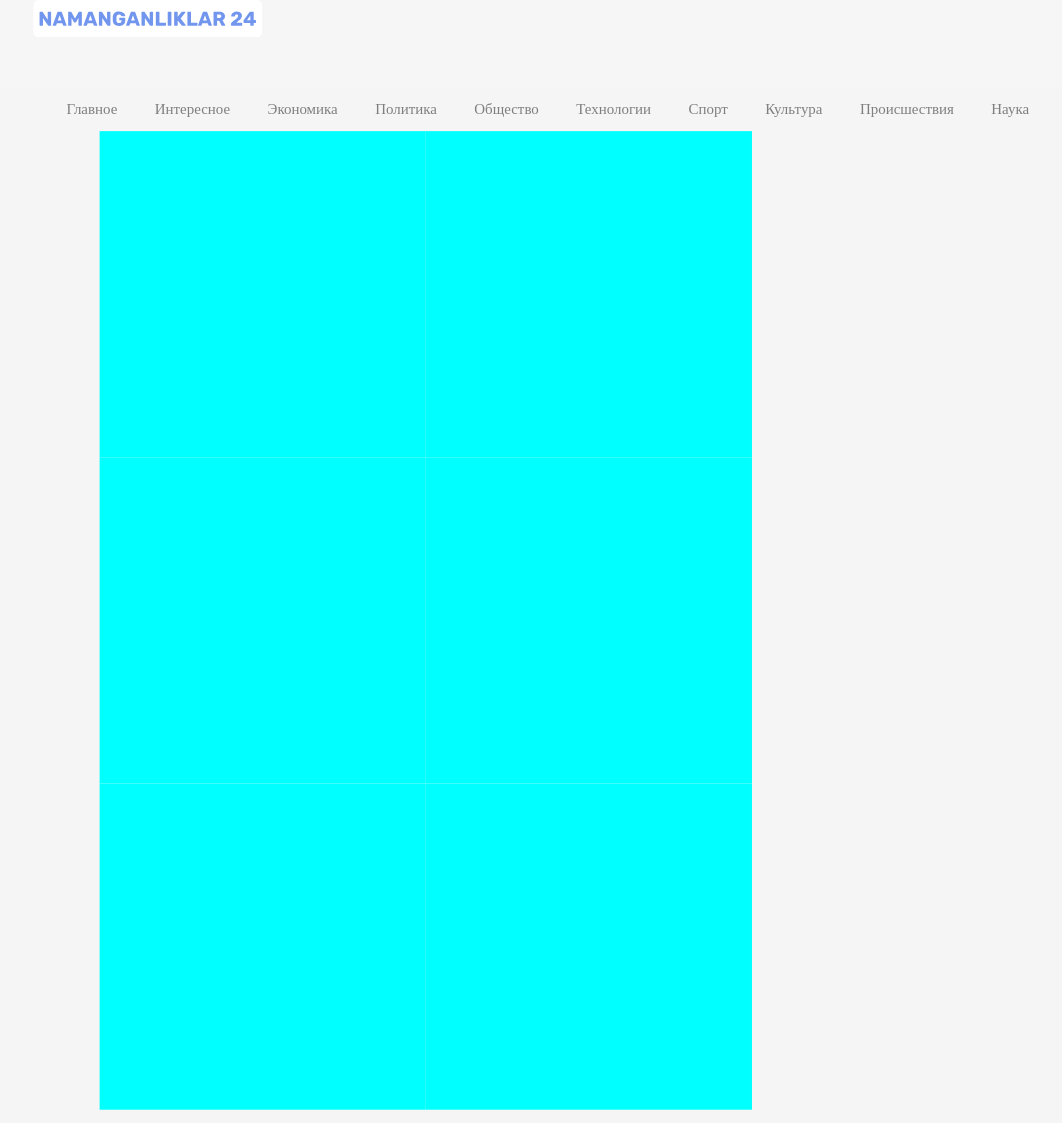
Repository: UlugbekAbdurasulov/projekt
Page: index.html
An editor plug-in stored every save of this project. The page is shown before and after a run of saves, followed by the edit.
The browser window is 1280 px wide. The pictures show the whole page, at 83% of full size.

Above is the page before, as saved 2023-05-29 16:19:03.

### index.html
<!DOCTYPE html>
<html lang="ru">
  <head>
    <meta charset="UTF-8" />
    <meta http-equiv="X-UA-Compatible" content="IE=edge" />
    <meta name="viewport" content="width=device-width, initial-scale=1.0" />
    <title>Document</title>
  </head>
  <link rel="stylesheet" href="./css/main.css" />
  <body>
    <header class="navbar">
      <div class="container">
        <div>
          <img src="./images/logo.svg" alt="" />
          <ul>
            <li></li>
          </ul>
        </div>
      </div>
    </header>

    <h1 class="visually-hidden">Namanganliklar haqida yangliklar</h1>
    <div class="container">
      <ul class="menu">
        <li class="menu-text">Главное</li>
        <li class="menu-text">Интересное</li>
        <li class="menu-text">Экономика</li>
        <li class="menu-text">Политика</li>
        <li class="menu-text">Общество</li>
        <li class="menu-text">Технологии</li>
        <li class="menu-text">Спорт</li>
        <li class="menu-text">Культура</li>
        <li class="menu-text">Происшествия</li>
        <li class="menu-text">Наука</li>
      </ul>

      <menu>
        <ul class="information-box" >
            <li class="information"></li>
            <li class="information"></li>
            <li class="information"></li>
            <li class="information"></li>
            <li class="information"></li>
            <li class="information"></li>
        </ul>
      </menu>
    </div>
  </body>
</html>

### css/main.css
* {
    box-sizing: border-box;
    text-decoration: none;
    list-style: none;
  }

body {
    margin: 0;
    padding: 0;
    background-color: #f5f5f5;
  }
  .container {
    width: 1240px;
    margin: 0px auto;
    padding: 0px 20px;
  }
.navbar{
background-color:#F6F6F6;
height: 105px;
}
.menu{
    display: flex;
    justify-content: space-between;
}
.menu-text{
    font-family: 'Rubik';
font-style: normal;
font-weight: 500;
font-size: 18px;
line-height: 21px;
text-align: center;
color: #7F7F7F;
}
.visually-hidden {
    position: absolute;
    width: 1px;
    height: 1px;
    margin: -1px;
    padding: 0;
    overflow: hidden;
    border: 0;
    clip: rect(0 0 0 0)
  }
  .information-box{
    display: flex;

    flex-wrap: wrap;

  }
  .information{
    width: 393px;
    height: 393px;
    margin: 0px;
    background-color:aqua;
  }

After the next 2 saves:
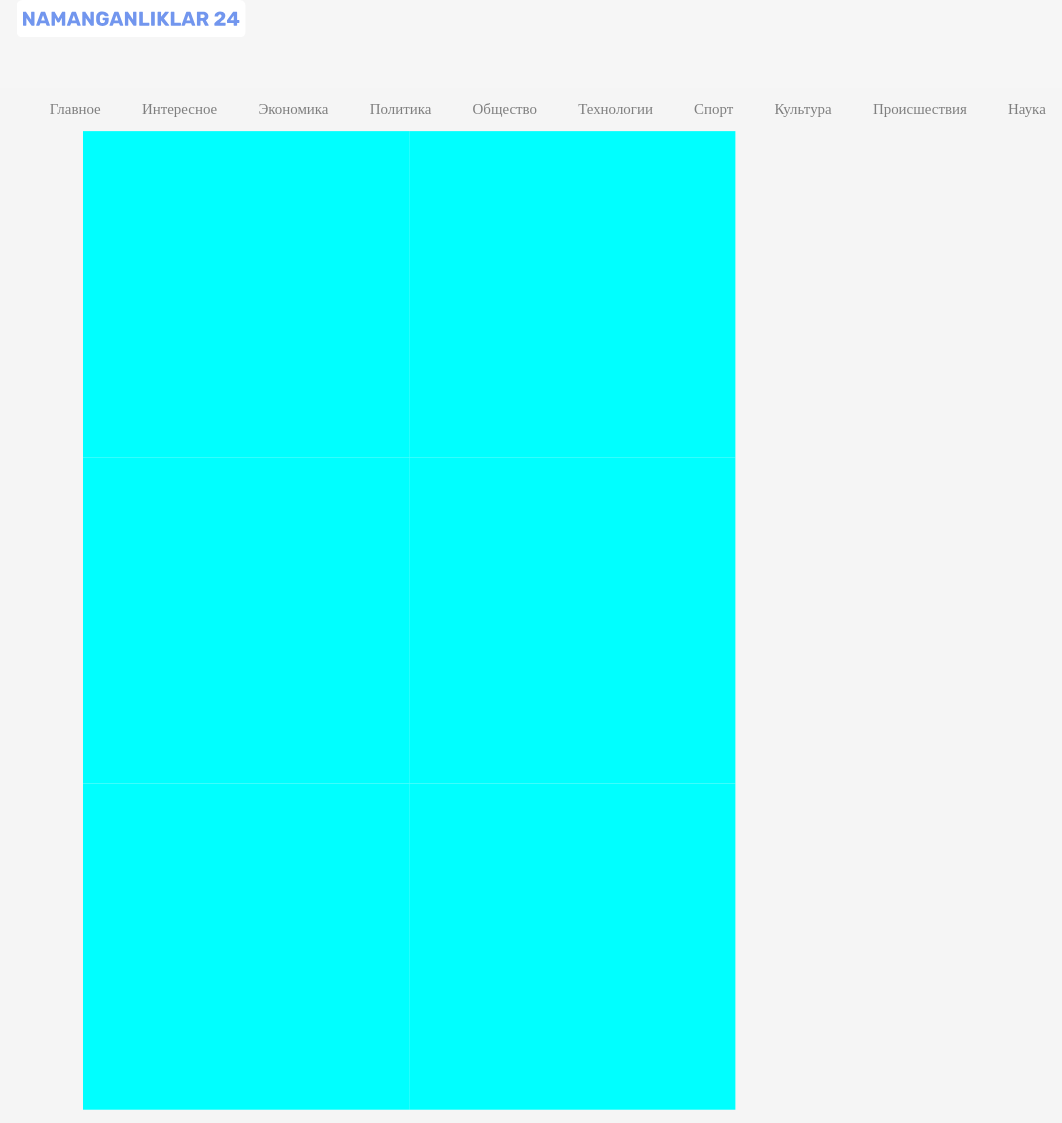
The 2 saves are shown as one change because they came seconds apart.
The last was saved 45 s later.
--- a/css/main.css
+++ b/css/main.css
@@ -12,7 +12,7 @@ body {
   .container {
     width: 1240px;
     margin: 0px auto;
-    padding: 0px 20px;
+    padding: 0;
   }
 .navbar{
 background-color:#F6F6F6;
